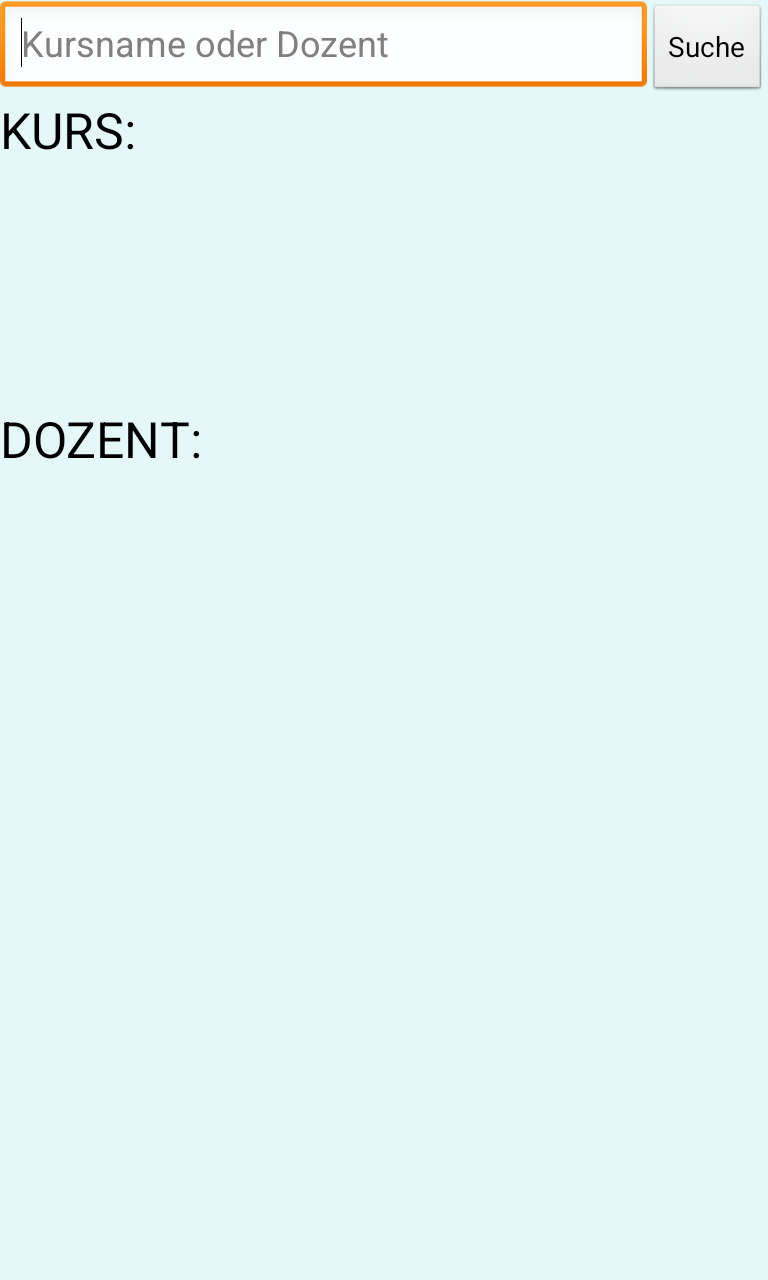
Repository: georgleber/IliConnect
Layout: IliConnect/res/layout/suche_layout.xml
These files come from the project's save history. The layout is drawn as it stood at one moment and after the next save; the edit follows.
It is drawn on a 768 x 1280 px phone screen (xhdpi) without system bars, with theme AppTheme; the app's code is not run. Lists and similar views that code fills are empty.

Above is the layout before, as saved 2012-12-18 22:30:34.

After the next save:
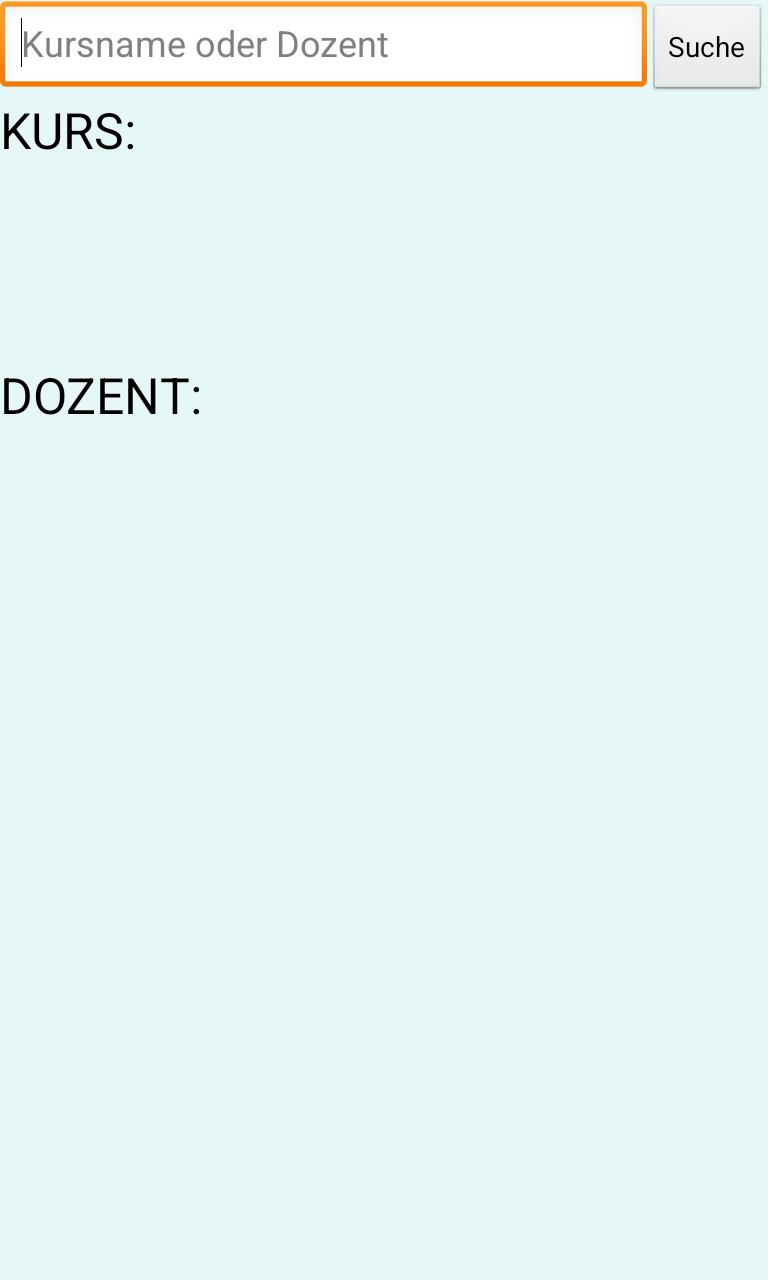
Saved 10 s later.
--- a/IliConnect/res/layout/suche_layout.xml
+++ b/IliConnect/res/layout/suche_layout.xml
@@ -56,7 +56,7 @@
 <ListView
     android:id="@+id/dozent_list"
     style="@style/ListView"
-    android:layout_weight="1"
+    android:layout_weight="0.5"
     android:layout_width="fill_parent"
     android:layout_height="fill_parent" >
 </ListView>
